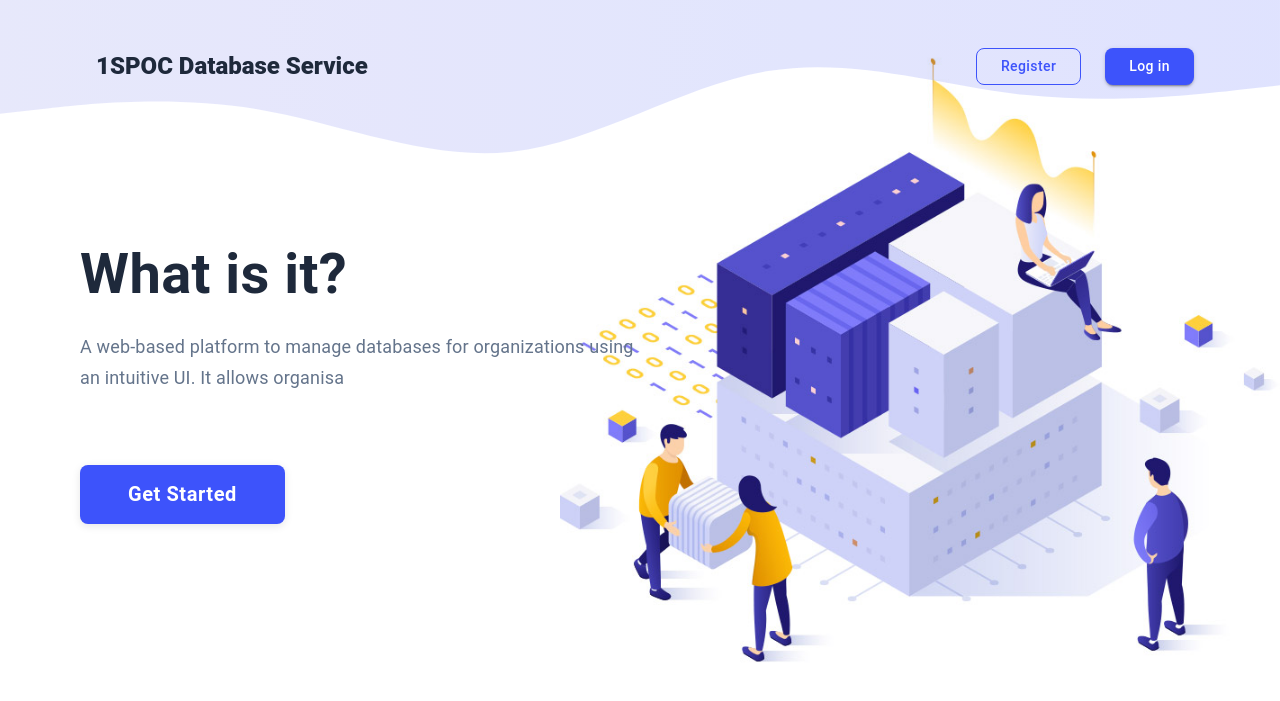
Repository: TanmayVaidya742/DbService
Page: / (app in frontend/)
An editor plug-in stored every save of this project. The page is shown before and after the next save, followed by the edit.
The browser window is 1280 px wide. The pictures show the whole page.
The page's requests for data from a server got no answer. The project was rebuilt for these pictures with package versions that can differ from the ones it lists, and the page was loaded fresh each time. No one was signed in, and anything a server would have sent is missing. Also part of the build but not shown: frontend/src/components/Login.js, frontend/src/components/Register.js, frontend/src/components/Dashboard.js, frontend/src/components/AddDatabaseDialog.js, frontend/src/components/UserDashboard.js, frontend/src/components/Organizations.js, frontend/src/components/EditTableDialog.js, frontend/src/components/CreateTableDialog.js and 3 more.

Above is the page before, as saved 2025-05-08 10:55:29.

After the next save:
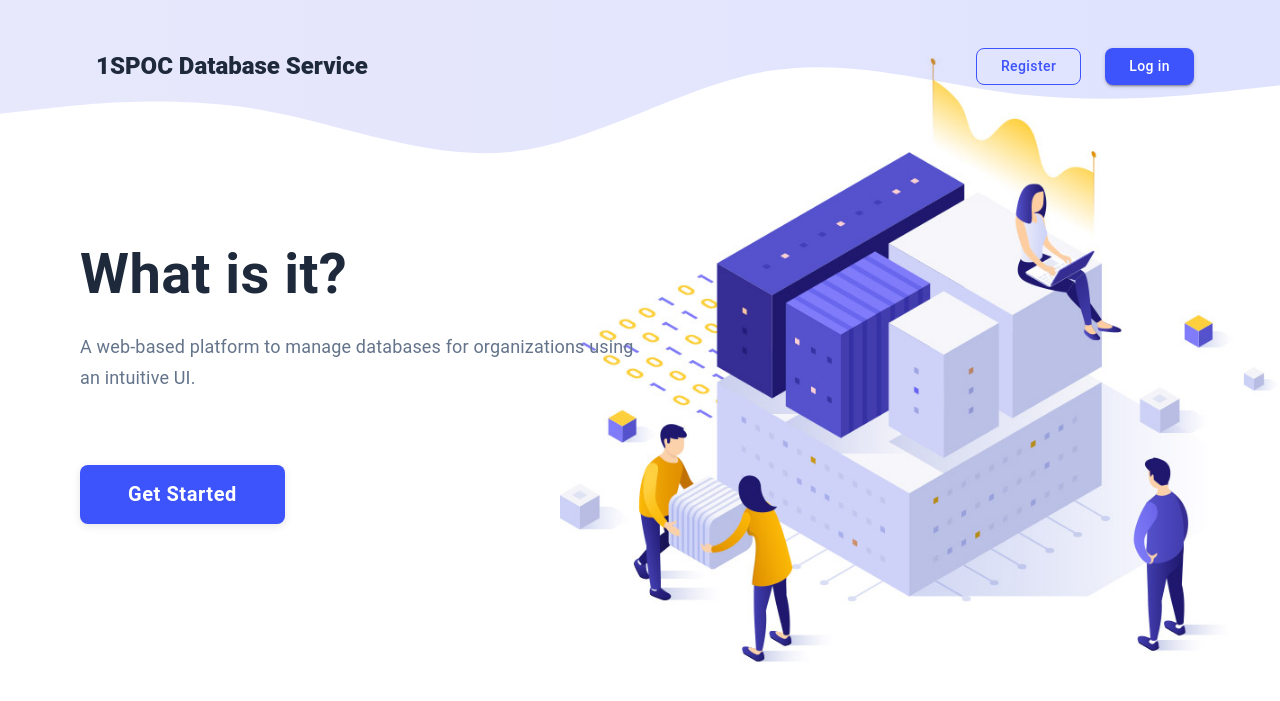
Saved 4 s later.
--- a/frontend/src/components/LandingPage.js
+++ b/frontend/src/components/LandingPage.js
@@ -192,7 +192,7 @@ const LandingPage = () => {
                     whiteSpace: 'normal',
                   }}
                 >
-                  A web-based platform to manage databases for organizations using an intuitive UI. It allows organisa
+                  A web-based platform to manage databases for organizations using an intuitive UI.
                 </Typography>
                 <ButtonGroup
                 sx={{ml: 4}}>
